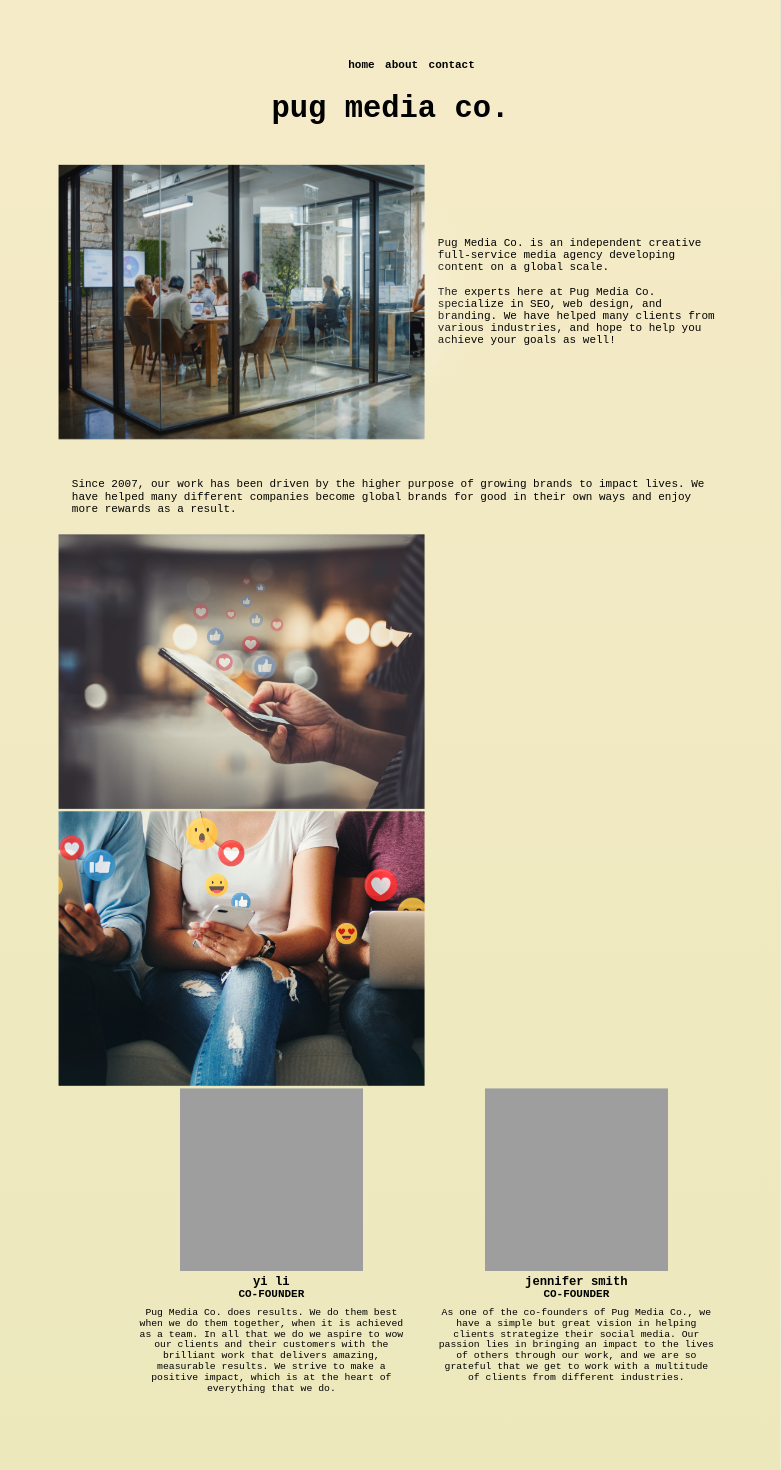
Repository: cheungglenda/MDIA2109-Week3
Page: /
An editor plug-in stored every save of this project. The page is shown before and after the next save, followed by the edit.
The browser window is 1280 px wide. The pictures show the whole page, at 61% of full size.
Pictures or frames that could not be fetched are drawn as grey boxes. The project was rebuilt for these pictures with package versions that can differ from the ones it lists, and the page was loaded fresh each time. The framework's server and built-in components were replaced by stand-ins that run in the browser. Also part of the build but not shown: next.config.js.

Above is the page before, as saved 2023-01-20 23:40:40.

After the next save:
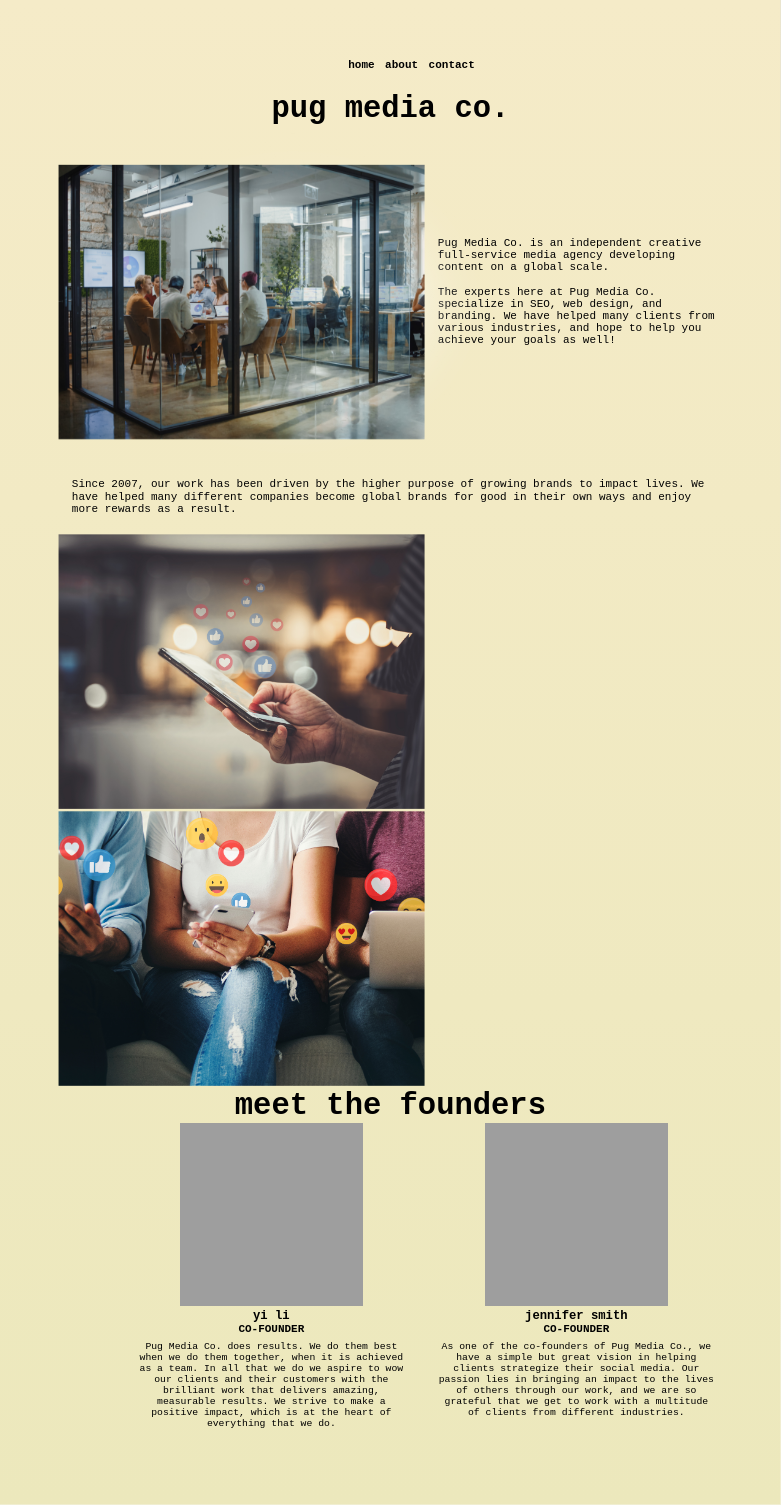
Saved 23 s later.
--- a/pages/index.js
+++ b/pages/index.js
@@ -59,6 +59,7 @@ export default function Home() {
             height={450}
           />
         </div>
+        <div className={styles.meetTitle}>Meet the Founders</div>
         <div className={styles.employees}>
             {information && information.map((info, index) => {
               if(info.department === "Business") {
